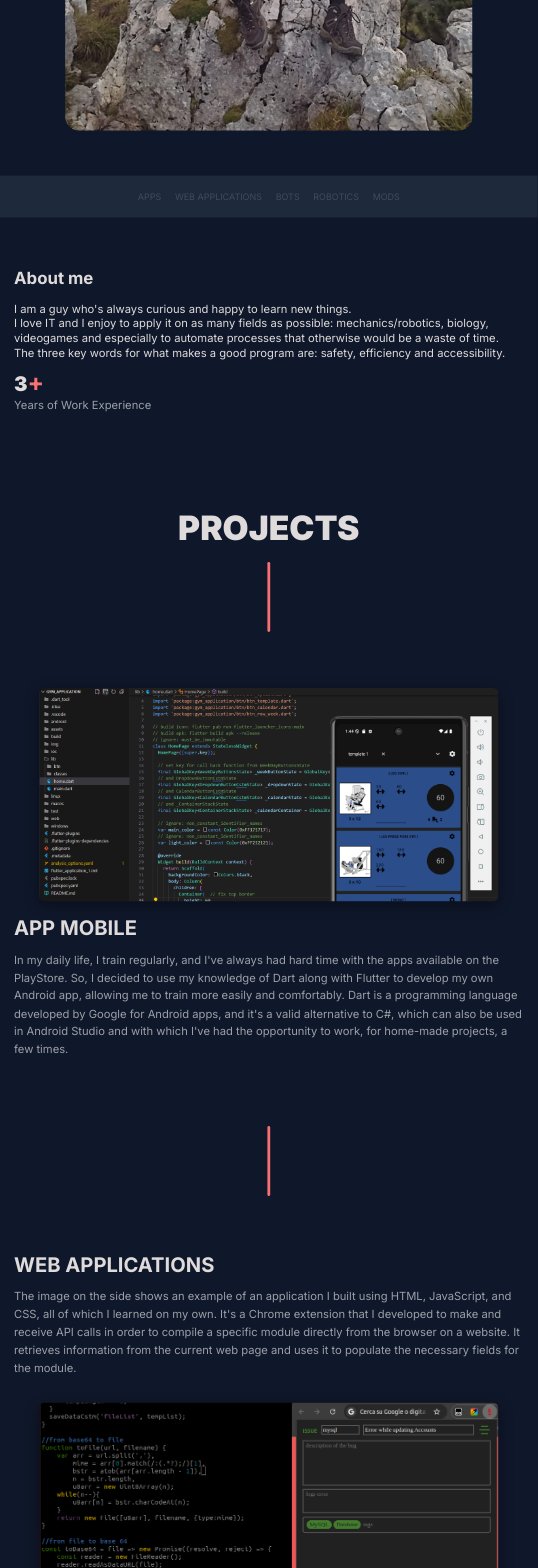
Repository: EnricoCalabrese/EnricoCalabrese.github.io
Page: index.html
These files come from the project's save history. The page is drawn as it stood at one moment and after the next save; the edit follows.
The browser window is 768 px wide. The pictures show the part of the page from y = 1034 to 3274 px (the page is 6144 px tall before and 6143 px after), at 70% of full size.

Above is the page before, as saved 2025-07-26 09:15:55.

After the next save:
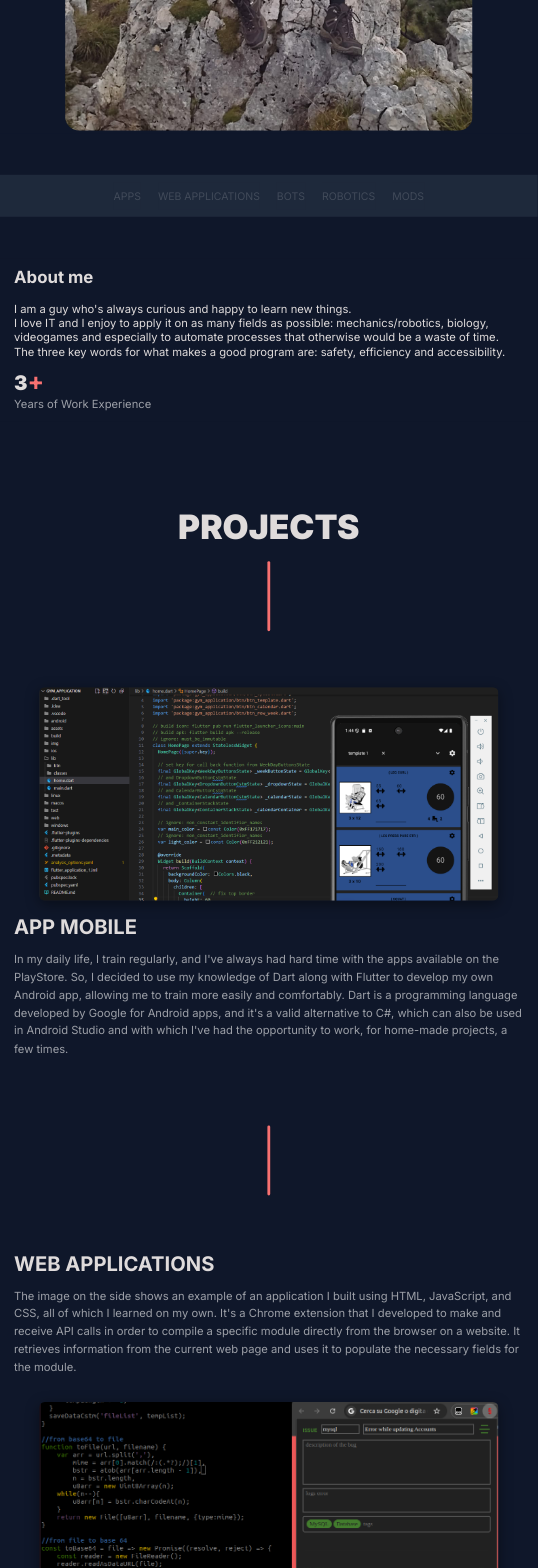
Saved 55 s later.
--- a/index.html
+++ b/index.html
@@ -444,10 +444,10 @@
       }
 
       .skills {
-        scale: 0.8;
         position: relative;
         z-index: 1;
         text-align: center;
+        font-size: 15px;
       }
 
       .skills a {
